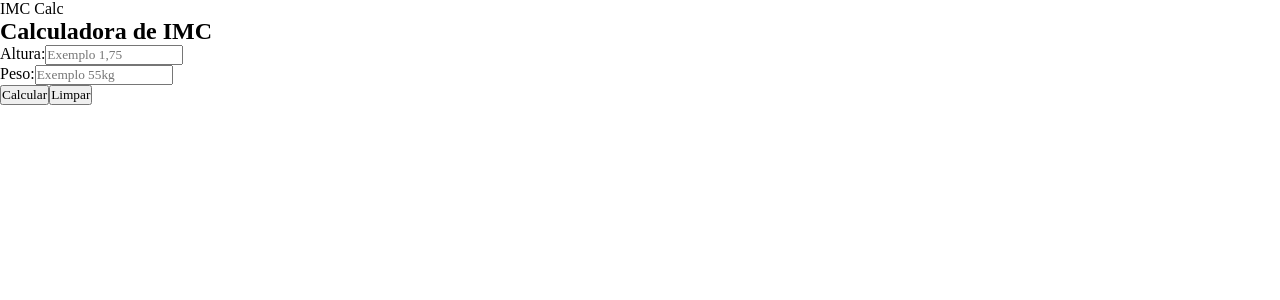
Repository: Bitroia/imc-calc-react
Page: / (app in imc/imc-calc/)
An editor plug-in stored every save of this project. The page is shown before and after a run of saves, followed by the edit.
The browser window is 1280 px wide. The pictures show the whole page.
The project was rebuilt for these pictures with package versions that can differ from the ones it lists, and the page was loaded fresh each time. Also part of the build but not shown: imc/imc-calc/vite.config.js.

Above is the page before, as saved 2026-05-26 18:22:21.

### imc/imc-calc/index.html
<!doctype html>
<html lang="en">
  <head>
    <meta charset="UTF-8" />
    <link rel="icon" type="image/svg+xml" href="/favicon.svg" />
    <meta name="viewport" content="width=device-width, initial-scale=1.0" />
    <link rel="preconnect" href="https://fonts.googleapis.com" />
    <link rel="preconnect" href="https://fonts.gstatic.com" crossorigin />
    <link
      href="https://fonts.googleapis.com/css2?family=Lato:ital,wght@0,100;0,300;0,400;0,700;0,900;1,100;1,300;1,400;1,700;1,900&family=Montserrat:ital,wght@0,100..900;1,100..900&family=Roboto:ital,wght@0,100..900;1,100..900&display=swap"
      rel="stylesheet"
    />
    <title>imc-calc</title>
  </head>
  <body>
    <div id="root"></div>
    <script type="module" src="/src/main.jsx"></script>
  </body>
</html>

### imc/imc-calc/src/index.css
*{
  margin: 0;
  padding: 0;
  box-sizing: border-box;
  font-family:""
}

### imc/imc-calc/src/App.jsx
import { useState } from "react";
import ImcCalc from "./components/ImcCalc";

function App() {
  return (
    <div className="container">
      <p>IMC Calc</p>
      <ImcCalc/>
    </div>
  );
}

export default App;

### imc/imc-calc/src/components/ImcCalc.jsx
import React from "react";

const ImcCalc = () => {
  return (
    <div id="calc-container">
      <h2>Calculadora de IMC</h2>
      <form id="imc-form">
        <div className="form-inputs">
          <div className="form-control">
            <label htmlFor="height">Altura:</label>
            <input
              type="text"
              name="height"
              id="height"
              placeholder="Exemplo 1,75"
            />
          </div>
          <div className="form-control">
            <label htmlFor="weight">Peso:</label>
            <input
              type="text"
              name="weight"
              id="weight"
              placeholder="Exemplo 55kg"
            />
          </div>
        </div>
        <div className="action-control">
            <button>Calcular</button>
            <button>Limpar</button>
        </div>
      </form>
    </div>
  );
};

export default ImcCalc;

Loaded but not shown: imc/imc-calc/src/main.jsx (common file)

After the next 2 saves:
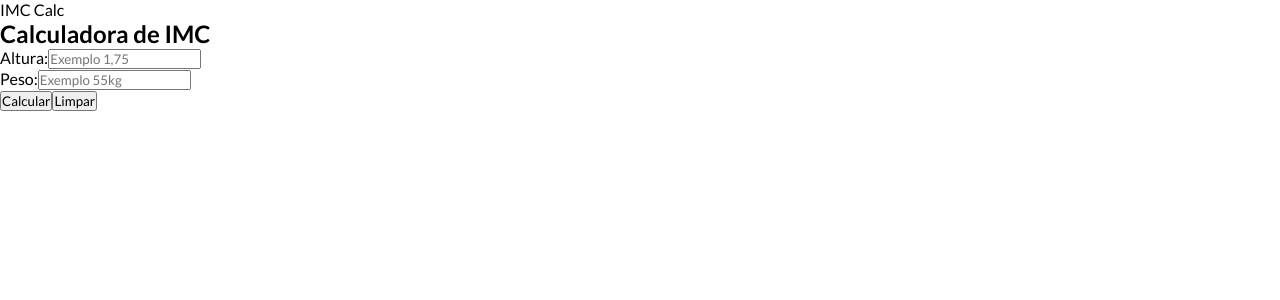
The 2 saves are shown as one change because they came seconds apart.
The last was saved 9 s later.
--- a/imc/imc-calc/src/index.css
+++ b/imc/imc-calc/src/index.css
@@ -2,5 +2,5 @@
   margin: 0;
   padding: 0;
   box-sizing: border-box;
-  font-family:""
+  font-family: "Lato"
 }
